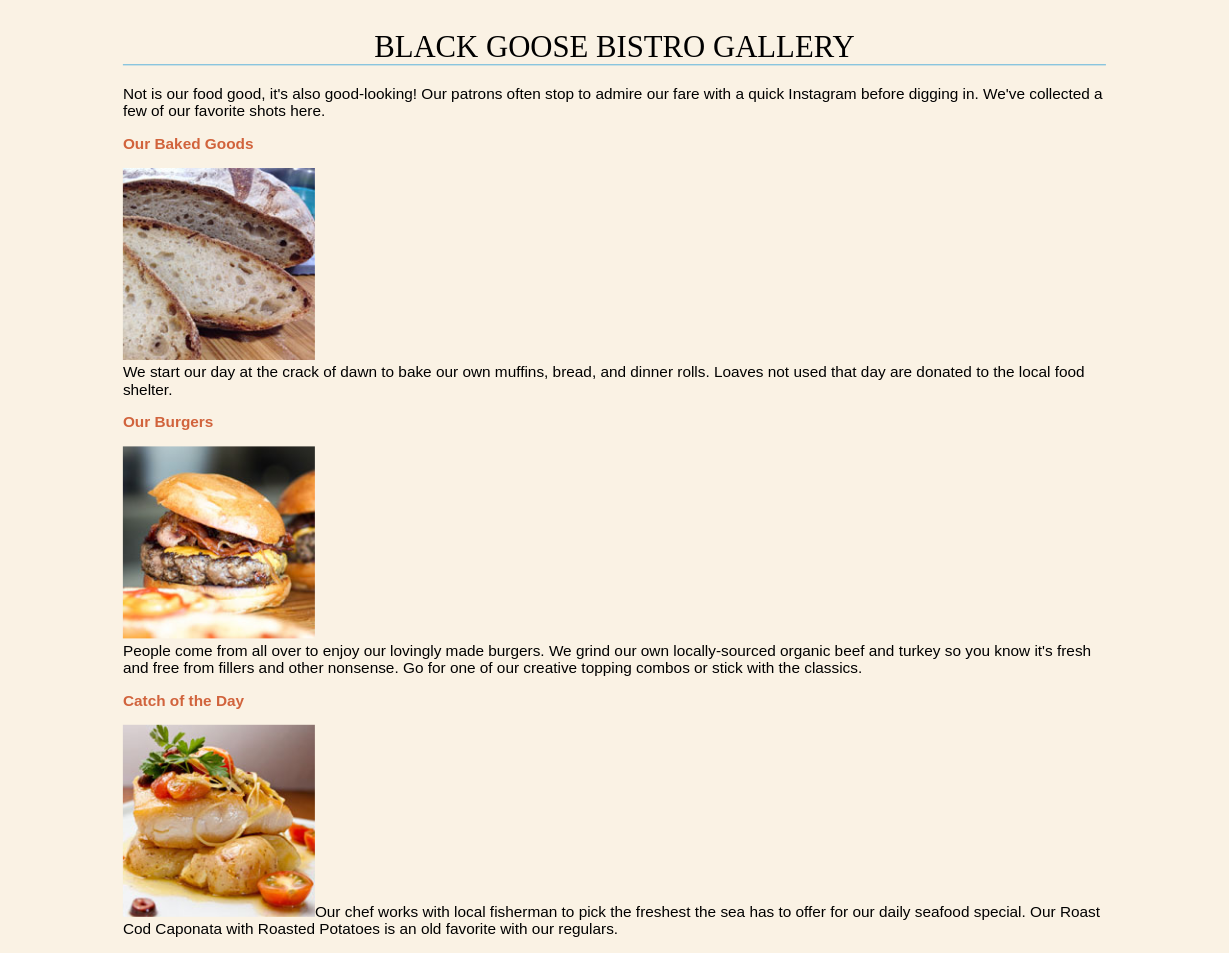
Repository: Colo-Codes/code-practice
Page: gallery/index.html
An editor plug-in stored every save of this project. The page is shown before and after the next save, followed by the edit.
The browser window is 1280 px wide. The pictures show the whole page, at 96% of full size.

Above is the page before, as saved 2021-04-27 14:47:14.

### gallery/index.html
<!doctype html>
<html>
<head>
<meta charset="UTF-8">
<title>Black Goose Bistro Gallery</title>
<style>
body {
  background-color: #faf2e4;
  margin: 0 10%;
  font-family: sans-serif;
  }

h1 {
  text-align: center;
  font-family: serif;
  font-weight: normal;
  text-transform: uppercase;
  border-bottom: 1px solid #57b1dc;
  margin-top: 30px;
}

h2 {
  color: #d1633c;
  font-size: 1em;
}

</style>

</head>

<body>


<h1>Black Goose Bistro Gallery</h1>
<p>Not is our food good, it's also good-looking! Our patrons often stop to admire our fare with a quick Instagram before digging in. We've collected a few of our favorite shots here.</p>

<h2>Our Baked Goods</h2>
<p><a href="bread.html"><img src="thumbnails/bread-200.jpg" alt="close-up of sliced rustic bread"></a><br>
We start our day at the crack of dawn to bake our own muffins, bread, and dinner rolls. Loaves not used that day are donated to the local food shelter. </p>

<h2>Our Burgers</h2>
<p><a href="burgers.html"><img src="thumbnails/burgers-200.jpg" alt="A tasty burger with bacon and cheese." width="200" height="200"></a><br>People come from all over to enjoy our lovingly made burgers. We grind our own locally-sourced organic beef and turkey so you know it's fresh and free from fillers and other nonsense. Go for one of our creative topping combos or stick with the classics. </p>

<h2>Catch of the Day</h2>
<p><a href="fish.html"><img src="thumbnails/fish-200.jpg" alt="Happy fish dancing among tomatoes about to be eaten." width="200" height="200"></a>Our chef works with local fisherman to pick the freshest the sea has to offer for our daily seafood special. Our Roast Cod Caponata with Roasted Potatoes is an old favorite with our regulars.</p>



</body>
</html>

After the next save:
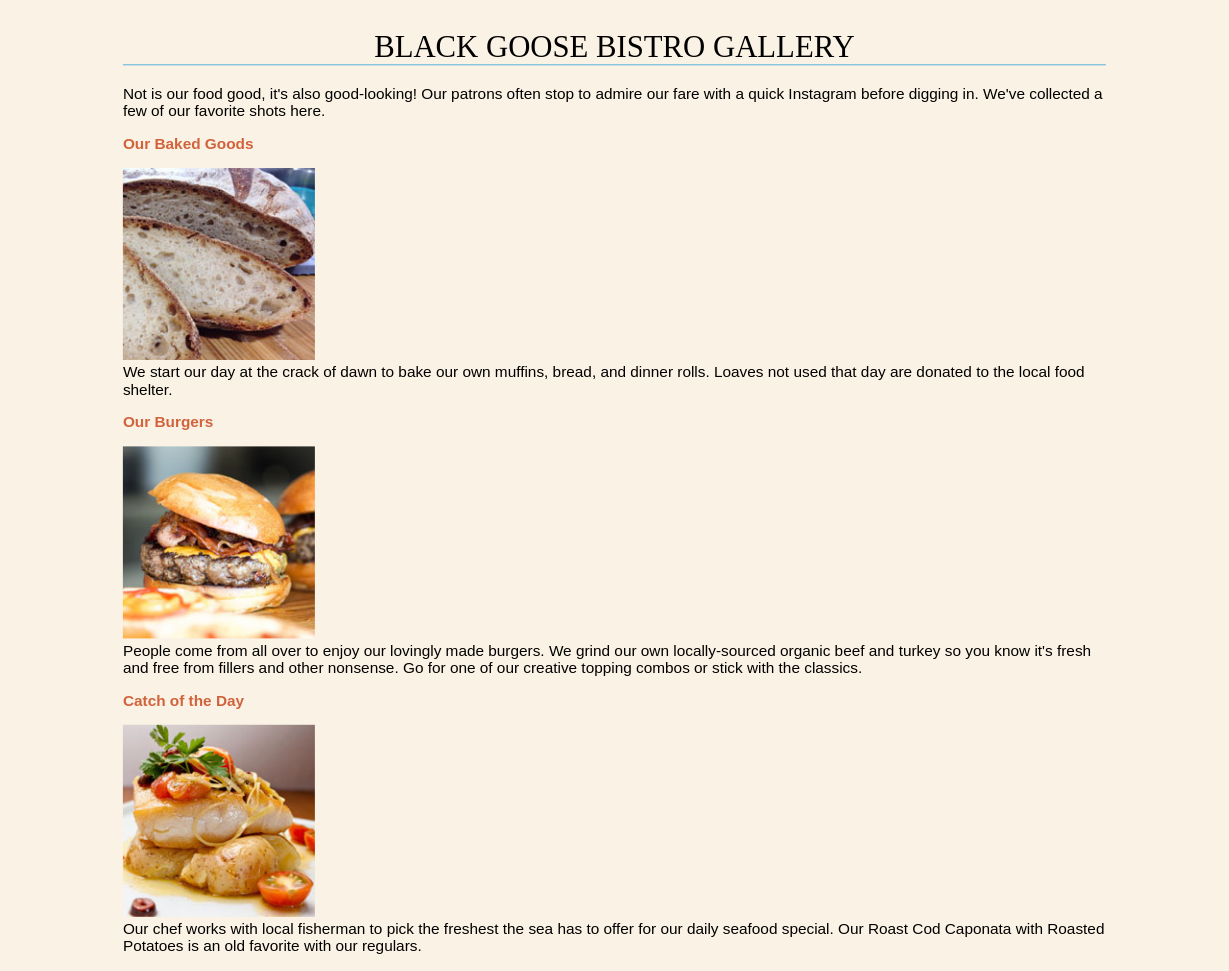
Saved 10 s later.
--- a/gallery/index.html
+++ b/gallery/index.html
@@ -42,7 +42,7 @@ We start our day at the crack of dawn to bake our own muffins, bread, and dinner
 <p><a href="burgers.html"><img src="thumbnails/burgers-200.jpg" alt="A tasty burger with bacon and cheese." width="200" height="200"></a><br>People come from all over to enjoy our lovingly made burgers. We grind our own locally-sourced organic beef and turkey so you know it's fresh and free from fillers and other nonsense. Go for one of our creative topping combos or stick with the classics. </p>
 
 <h2>Catch of the Day</h2>
-<p><a href="fish.html"><img src="thumbnails/fish-200.jpg" alt="Happy fish dancing among tomatoes about to be eaten." width="200" height="200"></a>Our chef works with local fisherman to pick the freshest the sea has to offer for our daily seafood special. Our Roast Cod Caponata with Roasted Potatoes is an old favorite with our regulars.</p>
+<p><a href="fish.html"><img src="thumbnails/fish-200.jpg" alt="Happy fish dancing among tomatoes about to be eaten." width="200" height="200"></a><br>Our chef works with local fisherman to pick the freshest the sea has to offer for our daily seafood special. Our Roast Cod Caponata with Roasted Potatoes is an old favorite with our regulars.</p>
 
 
 
